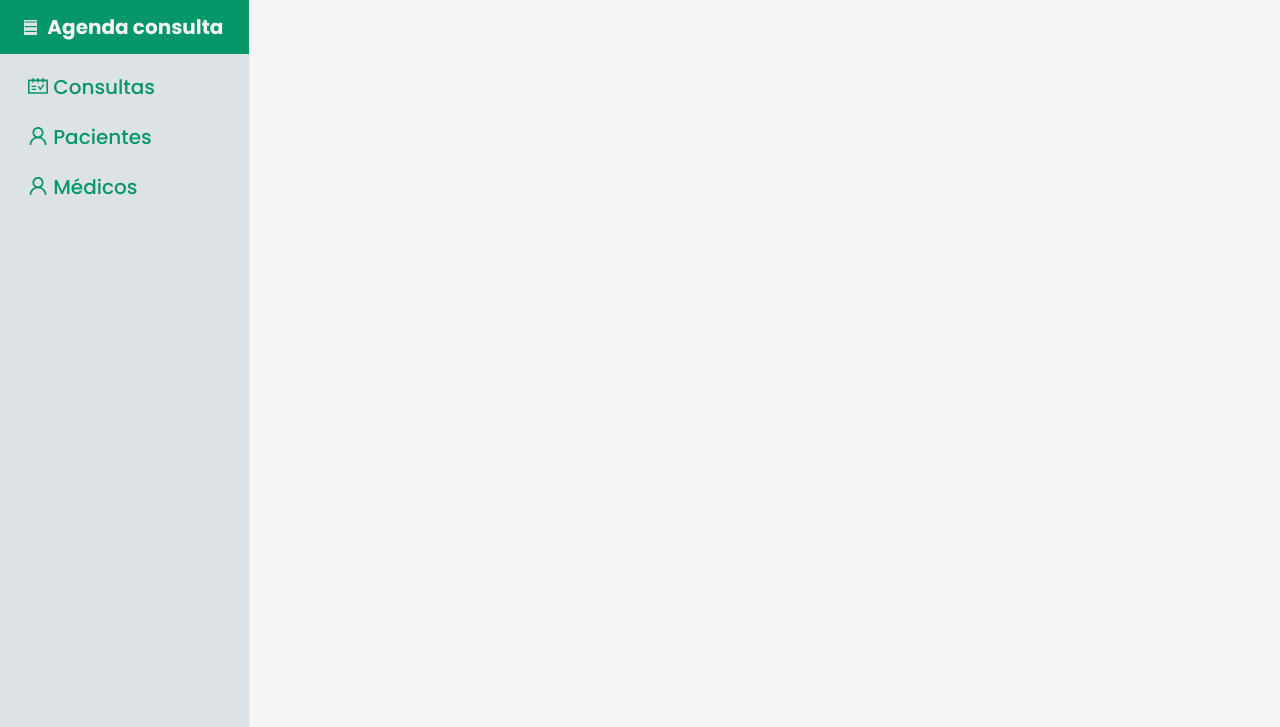
Repository: BarbaraCD/agendaconsulta
Page: /
These files come from the project's save history. The page is drawn as it stood at one moment and after the next save; the edit follows.
The browser window is 1280 px wide. The pictures show the whole page.
The project was rebuilt for these pictures with package versions that can differ from the ones it lists, and the page was loaded fresh each time. Also part of the build but not shown: vite.config.ts, src/services/ApiConfig.ts, src/services/appointment.services.ts, src/styles/InputContainer.ts, src/styles/Appointments.ts, src/services/doctor.services.ts, src/services/patient.services.ts, src/components/Calendar.tsx and 6 more.

Above is the page before, as saved 2023-09-01 10:14:02.

### index.html
<!DOCTYPE html>
<html lang="en">
  <head>
    <meta charset="UTF-8" />
    <link rel="icon" type="image/svg+xml" href="/vite.svg" />
    <meta name="viewport" content="width=device-width, initial-scale=1.0" />

    <link rel="preconnect" href="https://fonts.googleapis.com">
    <link rel="preconnect" href="https://fonts.gstatic.com" crossorigin>
    <link href="https://fonts.googleapis.com/css2?family=Poppins:wght@400;500;700&display=swap" rel="stylesheet">

    <title>Agendamento de Consulta</title>
  </head>
  <body>
    <div id="root"></div>
    <script type="module" src="/src/main.tsx"></script>
  </body>
</html>

### src/main.tsx
/* eslint-disable @typescript-eslint/no-non-null-assertion */
import React from 'react'
import ReactDOM from 'react-dom/client'
import { ThemeProvider } from 'styled-components'
import GlobalStyle, { Container, Content } from './styles/global'
import { theme } from './styles/Theme.ts'
import App from './App.tsx'
import { Routes } from './routes/index.tsx'
import { BrowserRouter } from 'react-router-dom'

ReactDOM.createRoot(document.getElementById('root')!).render(
  <React.StrictMode>
    <ThemeProvider theme={theme}>
      <GlobalStyle />
      <BrowserRouter>
        <Container>
          <App />
          <Content>
            <Routes />
          </Content>
        </Container>
      </BrowserRouter>
    </ThemeProvider>
  </React.StrictMode>,
)

### src/styles/global.ts
import styled, { createGlobalStyle } from 'styled-components'

export default createGlobalStyle`
  *{
    margin: 0;
    padding: 0;
    box-sizing: border-box;

  }
  body{
    height: 100%;
    width: 100%;
    font-family: 'Poppins', sans-serif;
    background: ${(props) => props.theme.colors.white};
    font-size: ${(props) => props.theme.size.xl};
  }
`

export const Container = styled.div`
  display: flex;
`

export const SidebarGlobal = styled.div`
  width: 16%;
`

export const Content = styled.div`
  flex: 1;
  margin: 0 1rem;
`

### src/styles/Theme.ts
export const theme = {
  colors: {
    primary: '#059669',
    head: '#059669B3',
    100: '#E4FFE1',

    sbcolor: '#DCE2E6',
    gray: '#41414D',
    black: '#000',
    white: '#f5f5f5',
  },
  size: {
    sm: '14px',
    md: '16px',
    lg: '18px',
    xl: '20px',
    xxl: '24px',
  },
}

### src/App.tsx
import { SidebarComponent } from './components/SidebarComponent'

export default function App() {
  return <SidebarComponent />
}

### src/routes/index.tsx
import { AppRoutes } from './app.routes'

export function Routes() {
  return (
    <>
      <AppRoutes />
    </>
  )
}

### src/components/SidebarComponent.tsx
import { MenuOutlined, ScheduleOutlined, UserOutlined } from '@ant-design/icons'
import {
  StyledList,
  StyledItem,
  StyledSidebar,
  ContainerHeader,
  StyleLink,
} from '../styles/SidebarStyled'
import { Link } from 'react-router-dom'
import { useState } from 'react'

export function SidebarComponent() {
  const [collapsed, setCollapsed] = useState(false)

  const toggleSidebar = () => {
    setCollapsed(!collapsed)
  }

  return (
    <StyledSidebar collapsed={collapsed}>
      <ContainerHeader>
        <StyleLink to="/">
          <button onClick={toggleSidebar}>
            <MenuOutlined />
          </button>
          <p>Agenda consulta</p>
        </StyleLink>
      </ContainerHeader>
      <StyledList>
        <StyledItem component={<Link to="/appointments/calendar" />}>
          <ScheduleOutlined /> Consultas
        </StyledItem>
        <StyledItem component={<Link to="/patients/list" />}>
          <UserOutlined /> Pacientes
        </StyledItem>
        <StyledItem component={<Link to="/doctors/list" />}>
          <UserOutlined /> Médicos
        </StyledItem>
      </StyledList>
    </StyledSidebar>
  )
}

### src/routes/app.routes.tsx
import { Routes, Route } from 'react-router-dom'

import { App } from 'antd'
import { AppointmentsCalendar } from '../components/Calendar'
import { InputPatients } from '../components/InputPatient'
import { DoctorTable } from '../components/DoctorTable'
import { PatientTable } from '../components/PatientTable'
import { InputDoctors } from '../components/InputDoctors'
import { CreateAppointments } from '../components/Appointments'

export function AppRoutes() {
  return (
    <Routes>
      <Route path="/" element={<App />} />

      <Route path="/patients/new" element={<InputPatients />} />
      <Route path="/patients/:id/edit" element={<InputPatients />} />
      <Route path="/patients/list" element={<PatientTable />} />

      <Route path="/doctors/new" element={<InputDoctors />} />
      <Route path="/doctors/:id/edit" element={<InputDoctors />} />
      <Route path="/doctors/list" element={<DoctorTable />} />

      <Route path="/appointments/new" element={<CreateAppointments />} />
      <Route path="/appointments/:id/edit" element={<CreateAppointments />} />
      <Route path="/appointments/calendar" element={<AppointmentsCalendar />} />
    </Routes>
  )
}

### src/styles/SidebarStyled.ts
import { Menu, MenuItem, Sidebar } from 'react-pro-sidebar'
import { Link } from 'react-router-dom'
import styled from 'styled-components'

export const ContainerHeader = styled.div`
  padding: 12px 16px;
  width: 100%;
  min-width: 200px;
  font-weight: 700;
  overflow: visible;
  background-color: ${(props) => props.theme.colors.primary};
`

export const StyleLink = styled(Link)`
  text-decoration: none;
  word-break: normal;
  padding: 0 0.5rem;
  display: flex;
  align-items: center;
  justify-content: start;
  color: ${(props) => props.theme.colors.white};
  gap: 10px;
`

export const StyledSidebar = styled(Sidebar)`
  font-size: ${(props) => props.theme.size.xl};
  font-weight: 500;
  overflow: hidden;

  button {
    color: ${(props) => props.theme.colors.primary};
    background-color: ${(props) => props.theme.colors.sbcolor};
    border: none;
  }

  width: ${({ collapsed }) => (collapsed ? '70px' : '200px')};
  transition: width 0.3s ease;
`

export const StyledList = styled(Menu)`
  padding: 0.5rem;
  background-color: ${(props) => props.theme.colors.sbcolor};
  height: 93.5vh;
  min-height: 100%;
`

export const StyledItem = styled(MenuItem)`
  cursor: pointer;
  border: ${(props) => props.theme.colors.sbcolor};
  background-color: ${(props) => props.theme.colors.sbcolor};
  line-height: 1.3rem;
  color: ${(props) => props.theme.colors.primary};
`

After the next save:
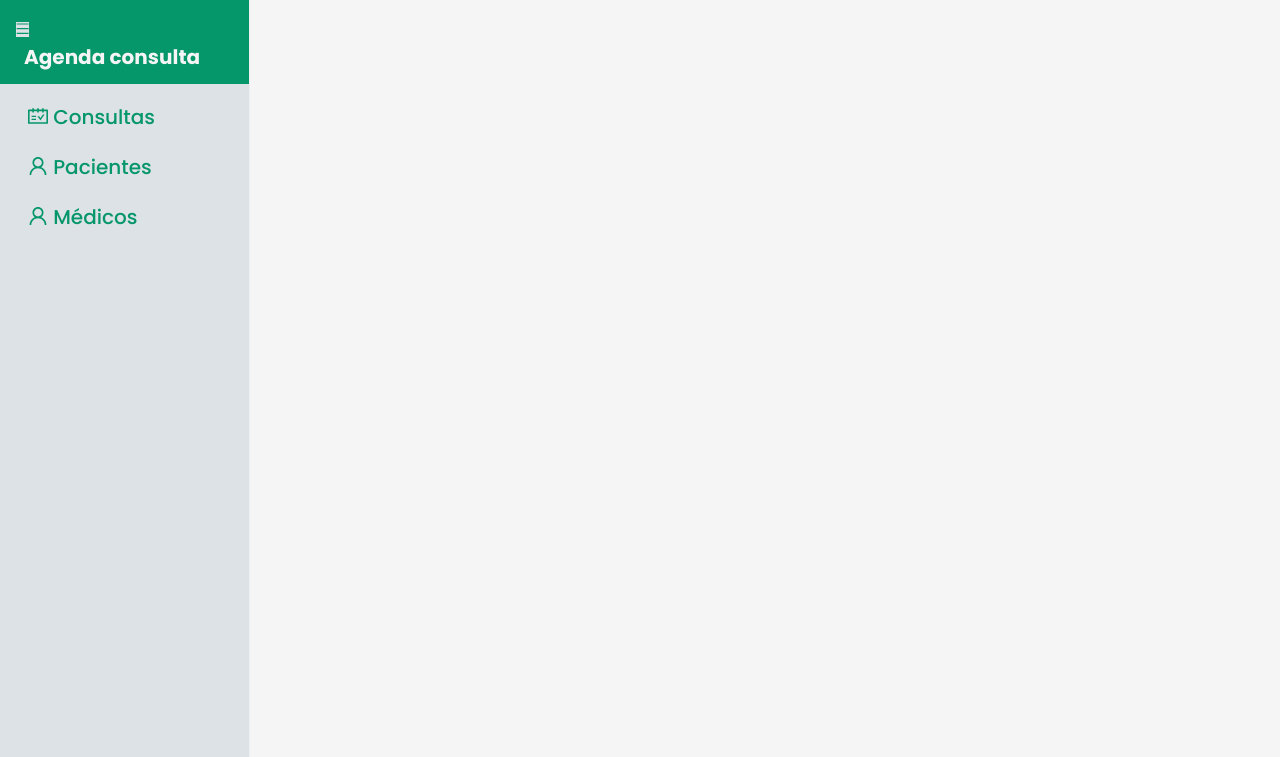
Saved 4 min 31 s later.
--- a/src/components/SidebarComponent.tsx
+++ b/src/components/SidebarComponent.tsx
@@ -19,10 +19,10 @@ export function SidebarComponent() {
   return (
     <StyledSidebar collapsed={collapsed}>
       <ContainerHeader>
+        <button onClick={toggleSidebar}>
+          <MenuOutlined />
+        </button>
         <StyleLink to="/">
-          <button onClick={toggleSidebar}>
-            <MenuOutlined />
-          </button>
           <p>Agenda consulta</p>
         </StyleLink>
       </ContainerHeader>
